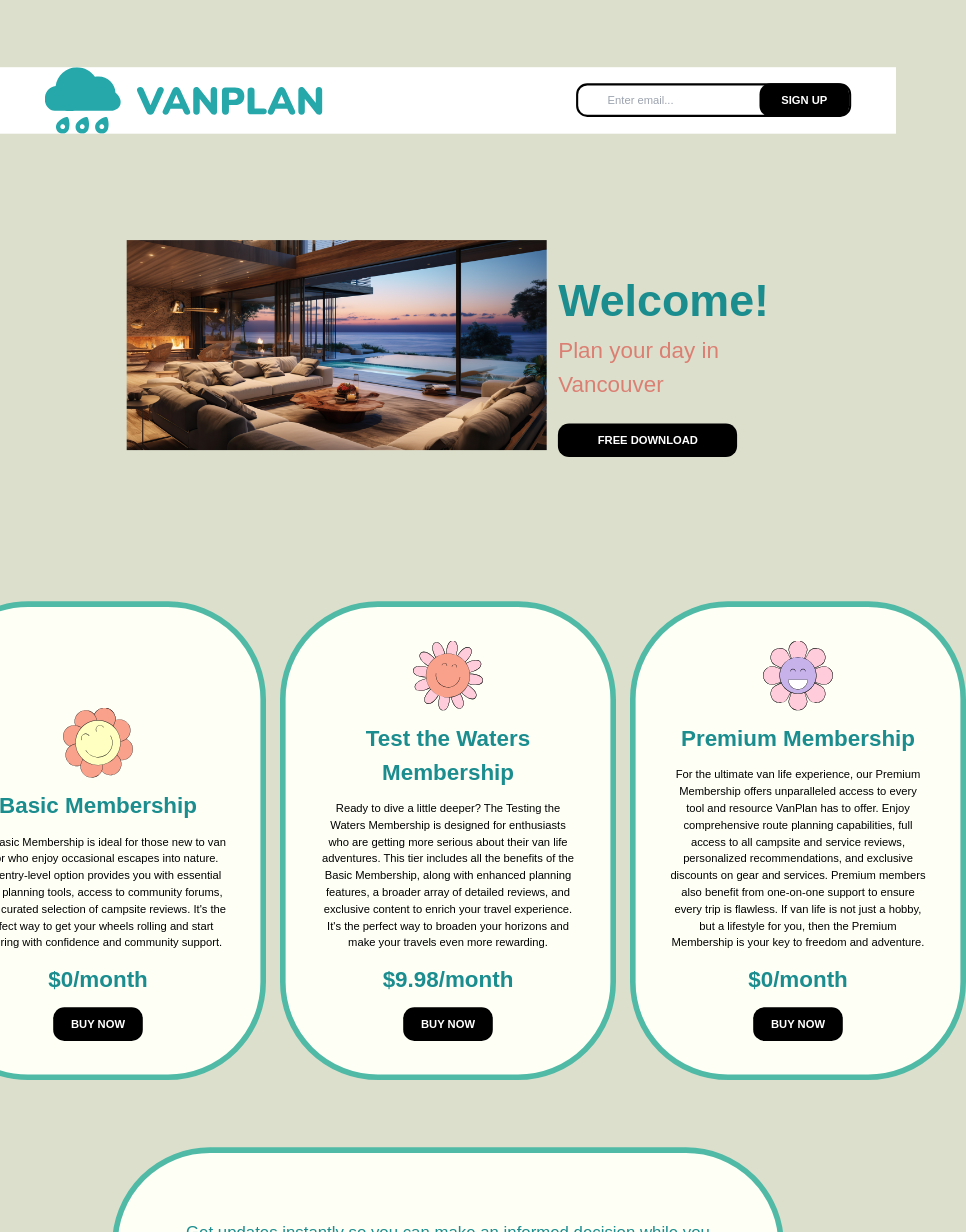
Repository: SaraShio/landing-page
Page: /
An editor plug-in stored every save of this project. The page is shown before and after a run of saves, followed by the edit.
The browser window is 1280 px wide. The page is 1380 px wide, so the pictures cover 1380 px, including what lies to the right of the window. The pictures show the part of the page from y = 0 to 1760 px (the page is 2608 px tall), at 70% of full size.
The project was rebuilt for these pictures with package versions that can differ from the ones it lists, and the page was loaded fresh each time. The framework's server and built-in components were replaced by stand-ins that run in the browser. Also part of the build but not shown: next.config.mjs.

Above is the page before, as saved 2024-03-08 22:29:02.

After the next 4 saves:
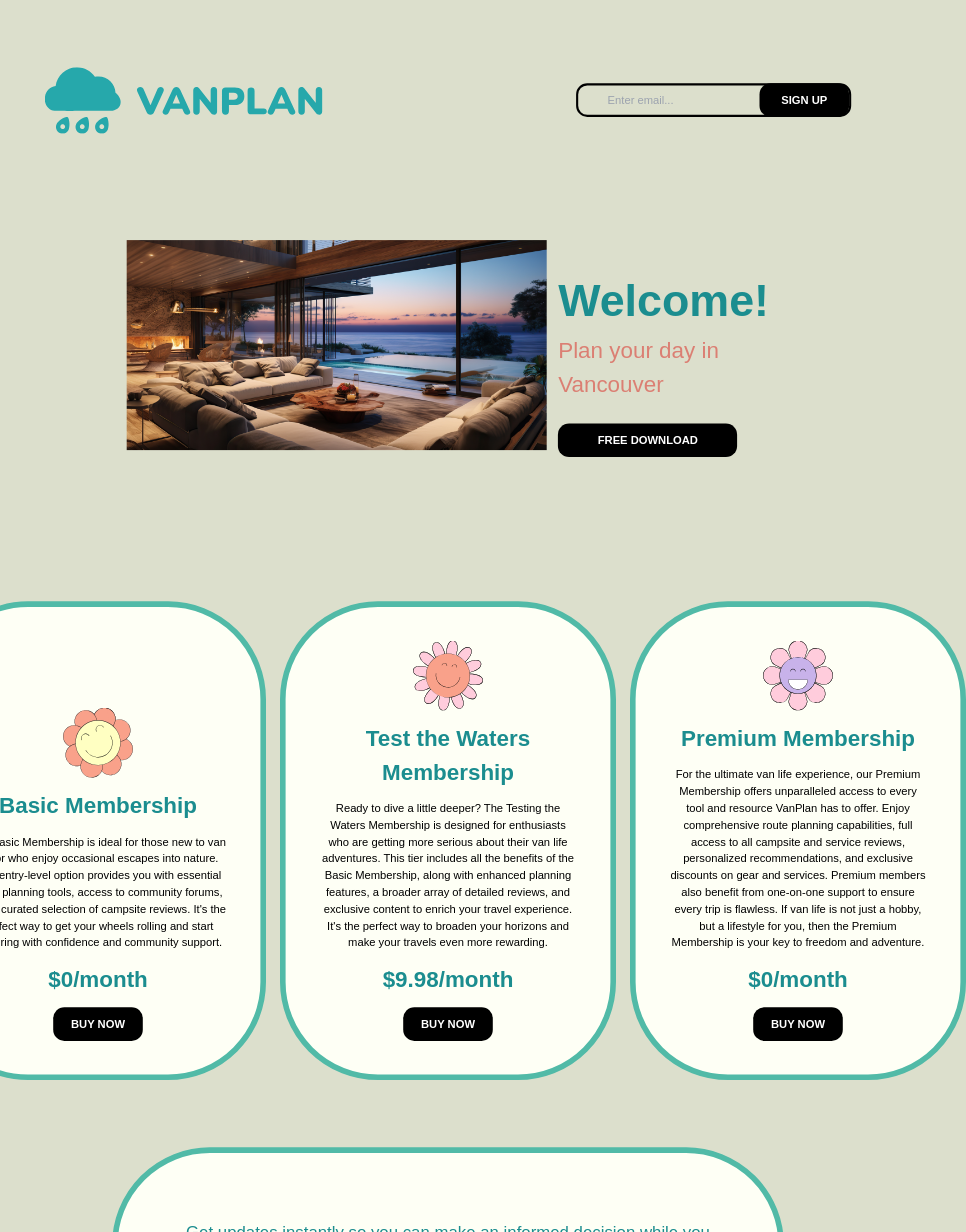
The 4 saves are shown as one change because they came seconds apart.
The last was saved 19 s later.
--- a/components/Header/Header.module.css
+++ b/components/Header/Header.module.css
@@ -5,7 +5,6 @@
     width: 100vw;
     padding-right: 4rem;
     padding-left: 4rem;
-    background-color: var(--white);
   }
 
   .signup_button{
